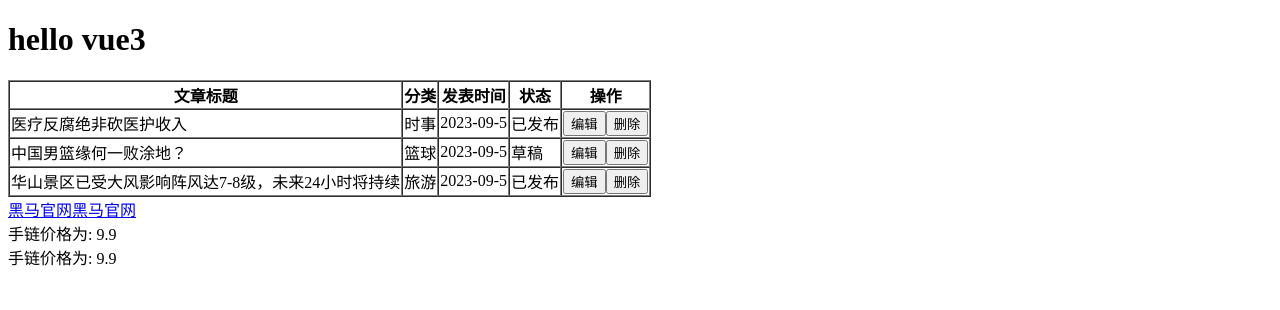
Repository: Viana05/MRGIS_front
Page: vue_learn.html
These files come from the project's save history. The page is drawn as it stood at one moment and after the next save; the edit follows.
The browser window is 1280 px wide. The pictures show the whole page.

Above is the page before, as saved 2025-03-10 21:41:14.

### vue_learn.html
<!DOCTYPE html>
<html lang="en">
  <head>
    <meta charset="UTF-8" />
    <meta name="viewport" content="width=device-width, initial-scale=1.0" />
    <title>Document</title>
  </head>
  <body>
    <div id="app">
      <!-- 数据响应 -->
      <h1>{{msg}}</h1>
      <!-- v-for 数组数据 -->
      <table border="1 solid" colspa="0" cellspacing="0">
        <tr>
            <th>文章标题</th>
            <th>分类</th>
            <th>发表时间</th>
            <th>状态</th>
            <th>操作</th>
        </tr>
        <!-- 出现多次tr -->
        <tr v-for="(article,index) in articleList">
            <td>{{article.title}}</td>
            <td>{{article.category}}</td>
            <td>{{article.time}}</td>
            <td>{{article.state}}</td>
            <td>
                <button>编辑</button>
                <button>删除</button>
            </td>
        </tr>
      </table>
      <!-- v-bind 绑定数据 -->
      <a v-bind:href="url">黑马官网</a>
      <a :href="url">黑马官网</a>
      <br/>
      <!-- v-if -->
      手链价格为:  <span v-if="customer.level>=0 &&customer.level<=1">9.9</span>
      <span v-else-if="customer.level>=2 &&customer.level<=4">19.9</span>
      <span  v-else>29.9</span>
      <br/>
      <!-- v-show -->
      手链价格为:  <span v-show="customer.level>=0 &&customer.level<=1">9.9</span>
      <span v-show="customer.level>=2 &&customer.level<=4">19.9</span>
      <span  v-show="customer.level>=5">29.9</span>
    </div>

    <!-- 引入vue模块 -->
    <script type="module">
      import { createApp } from "https://unpkg.com/vue@3/dist/vue.esm-browser.js";
      // 创建vue的应用实例
      createApp({
        data() {
          return {
            // 定义数据
            // 数据响应
            msg: "hello vue3",
            // v-for 数组数据
            articleList: [
              {
                title: "医疗反腐绝非砍医护收入",
                category: "时事",
                time: "2023-09-5",
                state: "已发布",
              },
              {
                title: "中国男篮缘何一败涂地？",
                category: "篮球",
                time: "2023-09-5",
                state: "草稿",
              },
              {
                title: "华山景区已受大风影响阵风达7-8级，未来24小时将持续",
                category: "旅游",
                time: "2023-09-5",
                state: "已发布",
              },
            ],
            // v-bind 绑定数据
            url:"https://www.itheima.com",
            // v-if
            customer:{
              name:'zhangsan',
              level:1
            }
          };
        },
      }).mount("#app");
    </script>
  </body>
</html>

After the next save:
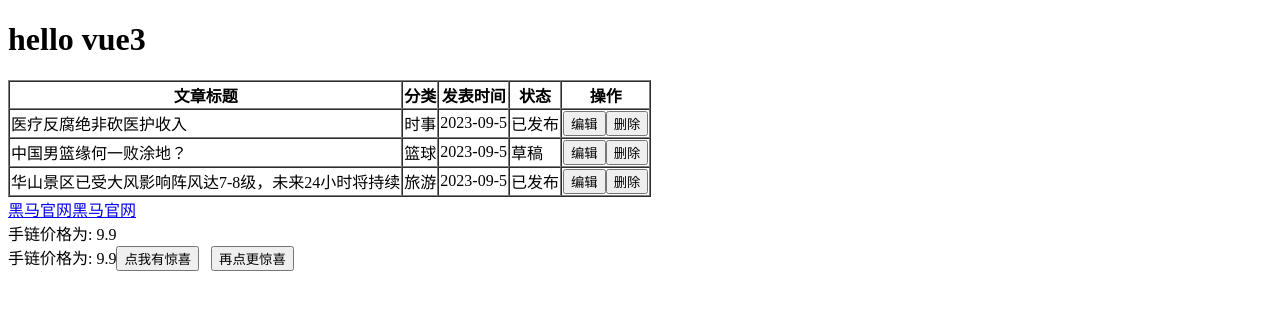
Saved 2 min 5 s later.
--- a/vue_learn.html
+++ b/vue_learn.html
@@ -43,6 +43,9 @@
       手链价格为:  <span v-show="customer.level>=0 &&customer.level<=1">9.9</span>
       <span v-show="customer.level>=2 &&customer.level<=4">19.9</span>
       <span  v-show="customer.level>=5">29.9</span>
+      <!-- v-on -->
+      <button>点我有惊喜</button> &nbsp;
+      <button>再点更惊喜</button>
     </div>
 
     <!-- 引入vue模块 -->
